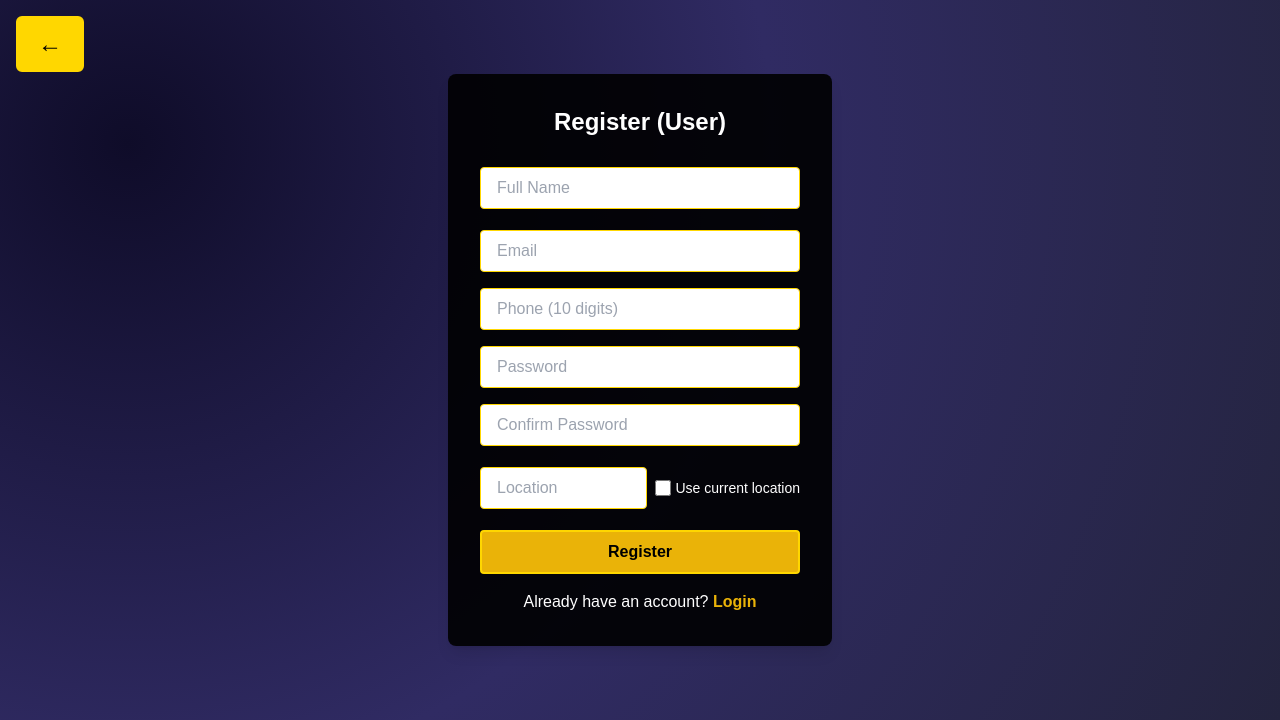
Repository: TenetiSrujana/SPOTnSORT
Page: /register (app in frontend/)
These files come from the project's save history. The page is drawn as it stood at one moment and after the next save; the edit follows.
The browser window is 1280 px wide. The pictures show the whole page.
Some web libraries are served in a nearby version. The project was rebuilt for these pictures with package versions that can differ from the ones it lists, and the page was loaded fresh each time. Also part of the build but not shown: frontend/src/components/PrivateRoute.jsx, frontend/src/pages/Landing.jsx, frontend/src/components/BubbleLayout.jsx, frontend/src/pages/Auth/Login.jsx, frontend/src/pages/User/UserHome.jsx, frontend/src/pages/User/ReportForm.jsx, frontend/src/pages/User/UserMap.jsx, frontend/src/pages/User/UserAnalysis.jsx and 6 more.

Above is the page before, as saved 2025-10-23 18:14:00.

### frontend/public/index.html
<!DOCTYPE html>
<html lang="en">
  <head>
    <meta charset="UTF-8" />
    <meta name="viewport" content="width=device-width, initial-scale=1.0" />
    <title>SpotnSort - Citizen Civic Reporting</title>

    <!-- Favicon (optional) -->
    <link rel="icon" href="%PUBLIC_URL%/favicon.ico" />

    <!-- Tailwind CSS (CDN for development; for production use PostCSS or CLI) -->
    <script src="https://cdn.tailwindcss.com"></script>

    <!-- Google Fonts (optional) -->
    <link
      href="https://fonts.googleapis.com/css2?family=Inter:wght@400;600;700&display=swap"
      rel="stylesheet"
    />

    <style>
      body {
        font-family: "Inter", sans-serif;
        background-color: #f9fafb;
        margin: 0;
        padding: 0;
      }
    </style>
  </head>
  <body>
    <div id="root"></div>

    <!-- Leaflet CSS (fixed, no integrity issue) -->
    <link
      rel="stylesheet"
      href="https://unpkg.com/leaflet@1.7.1/dist/leaflet.css"
      crossorigin=""
    />
  </body>
</html>

### frontend/src/index.js
// src/index.js
import React from "react";
import ReactDOM from "react-dom/client";
import { BrowserRouter } from "react-router-dom";
import App from "./App";
import "./styles/main.css"; // your main CSS

const root = ReactDOM.createRoot(document.getElementById("root"));
root.render(
  <React.StrictMode>
    <BrowserRouter>
      <App />
    </BrowserRouter>
  </React.StrictMode>
);

### frontend/src/App.jsx
// src/App.jsx
import { Routes, Route, Navigate } from "react-router-dom";
import PrivateRoute from "./components/PrivateRoute";
import BubblesBackground from "./components/BubblesBackground";
import { Toaster } from "react-hot-toast";

// Pages
import Landing from "./pages/Landing";
import Login from "./pages/Auth/Login";
import Register from "./pages/Auth/Register";
import UserHome from "./pages/User/UserHome";
import ReportForm from "./pages/User/ReportForm";
import UserMap from "./pages/User/UserMap";
import UserAnalysis from "./pages/User/UserAnalysis";
import Rewards from "./pages/User/Rewards";
import ViewReports from "./pages/User/ViewReports";
import AuthHome from "./pages/Authority/AuthHome";
import ManageReport from "./pages/Authority/ManageReport";
import AuthorityAnalysis from "./pages/Authority/AuthorityAnalysis";
import AuthorityMap from "./pages/Authority/AuthorityMap";

function App() {
  return (
    <>
      <Toaster position="top-center" reverseOrder={false} />
      <BubblesBackground />

      <div className="relative z-10 min-h-screen">
        <Routes>
          {/* Public */}
          <Route path="/" element={<Landing />} />
          <Route path="/login" element={<Login />} />
          <Route path="/register" element={<Register />} />

          {/* User */}
          <Route
            path="/user/home"
            element={
              <PrivateRoute role="user">
                <UserHome />
              </PrivateRoute>
            }
          />
          <Route
            path="/user/report"
            element={
              <PrivateRoute role="user">
                <ReportForm />
              </PrivateRoute>
            }
          />
          <Route
            path="/user/map"
            element={
              <PrivateRoute role="user">
                <UserMap />
              </PrivateRoute>
            }
          />
          <Route
            path="/user/analysis"
            element={
              <PrivateRoute role="user">
                <UserAnalysis />
              </PrivateRoute>
            }
          />
          <Route
            path="/user/rewards"
            element={
              <PrivateRoute role="user">
                <Rewards />
              </PrivateRoute>
            }
          />
          <Route
            path="/user/reports"
            element={
              <PrivateRoute role="user">
                <ViewReports />
              </PrivateRoute>
            }
          />
          <Route path="/user/*" element={<Navigate to="/user/home" replace />} />

          {/* Authority */}
          <Route
            path="/authority/home"
            element={
              <PrivateRoute role="authority">
                <AuthHome />
              </PrivateRoute>
            }
          />
          <Route
            path="/authority/manage"
            element={
              <PrivateRoute role="authority">
                <ManageReport />
              </PrivateRoute>
            }
          />
          <Route
            path="/authority/analysis"
            element={
              <PrivateRoute role="authority">
                <AuthorityAnalysis />
              </PrivateRoute>
            }
          />
          <Route
            path="/authority/map"
            element={
              <PrivateRoute role="authority">
                <AuthorityMap />
              </PrivateRoute>
            }
          />
          <Route
            path="/authority/*"
            element={<Navigate to="/authority/home" replace />}
          />
        </Routes>
      </div>
    </>
  );
}

export default App;

### frontend/src/styles/main.css
/* main.css - Black / White / Yellow theme with bubbles */

/* Global styles */
html {
  scroll-behavior: smooth;
  height: 100%;
}

body, #root {
  margin: 0;
  padding: 0;
  height: 100%;
  font-family: 'Arial', sans-serif;
  background-color: transparent; /* changed from #000 so bubbles show */
  overflow-x: hidden;
  overflow-y: auto;
  color: #fff;
}

/* Bubbles Background */
.bubbles-bg {
  position: fixed;
  width: 100%;
  height: 100%;
  top: 0;
  left: 0;
  overflow: hidden;
  z-index: -1; /* behind everything */
}

.bubble {
  position: absolute;
  bottom: -100px;
  width: 20px;
  height: 20px;
  background: rgba(255, 255, 255, 0.5);
  border-radius: 50%;
  animation: rise 6s linear infinite;
}

/* Different bubble positions & sizes */
.bubble:nth-child(1) { left: 5%; animation-duration: 5s; width: 15px; height: 15px; }
.bubble:nth-child(2) { left: 15%; animation-duration: 6s; width: 20px; height: 20px; }
.bubble:nth-child(3) { left: 25%; animation-duration: 7s; width: 25px; height: 25px; }
.bubble:nth-child(4) { left: 35%; animation-duration: 5.5s; width: 18px; height: 18px; }
.bubble:nth-child(5) { left: 50%; animation-duration: 6.5s; width: 22px; height: 22px; }
.bubble:nth-child(6) { left: 65%; animation-duration: 7s; width: 20px; height: 20px; }
.bubble:nth-child(7) { left: 75%; animation-duration: 5.2s; width: 18px; height: 18px; }
.bubble:nth-child(8) { left: 85%; animation-duration: 6.8s; width: 25px; height: 25px; }

/* Bubble animation */
@keyframes rise {
  0% { transform: translateY(0) scale(1); opacity: 1; }
  100% { transform: translateY(-120vh) scale(0.5); opacity: 0; }
}

/* Page wrapper for content above bubbles */
.page-wrapper {
  position: relative;
  min-height: 100vh;
  display: flex;
  flex-direction: column;
  text-align: center;
  padding: 20px;
  z-index: 1; /* above bubbles */
}

/* Section spacing */
section {
  width: 100%;
  padding: 80px 20px;
  margin-bottom: 40px;
}

/* Headings */
h1, h2, h3, h4, p, label {
  color: #ffffff;
}

/* Buttons */
button {
  cursor: pointer;
  font-weight: bold;
  border: 2px solid #FFD700;
  border-radius: 6px;
  padding: 10px 20px;
  background-color: #FFD700;
  color: #000;
  z-index: 2;
  transition: all 0.2s ease;
}

button:hover {
  background-color: #fff;
  color: #FFD700;
  transform: scale(1.05);
}

/* Input fields */
input, select, textarea {
  padding: 10px;
  border-radius: 6px;
  border: 1px solid #FFD700;
  background-color: #fff;
  color: #000;
  width: 100%;
  margin: 5px 0;
  outline: none;
  z-index: 2;
}

/* Forms */
.form-container {
  background: rgba(0,0,0,0.85); /* semi-transparent black overlay */
  padding: 30px;
  border-radius: 10px;
  width: 90%;
  max-width: 400px;
  box-shadow: 0 0 20px rgba(255, 215, 0, 0.5);
  z-index: 2;
}

/* Cards */
.card {
  background: rgba(0,0,0,0.6);
  padding: 20px;
  border-radius: 15px;
  box-shadow: 0 0 15px rgba(255, 215, 0, 0.4);
  margin: 10px 0;
}

/* Analytics chart container */
.chart-container {
  max-width: 900px;
  width: 100%;
  margin: 0 auto;
  height: 400px;
}

/* Footer */
footer {
  background-color: rgba(0,0,0,0.8);
  padding: 20px;
  text-align: center;
  z-index: 1;
}

### frontend/src/components/BubblesBackground.jsx
// src/components/BubblesBackground.jsx
import React from "react";

const BubblesBackground = () => {
  return (
    <div
      className="fixed inset-0 -z-10"
      style={{
        background: "radial-gradient(circle at 10% 20%, #0f0c29, #302b63, #24243e)",
        backgroundSize: "cover",
        minHeight: "100vh",
        width: "100%",
      }}
    ></div>
  );
};

export default BubblesBackground;

### frontend/src/pages/Auth/Register.jsx
import React, { useState, useEffect, useRef } from "react";
import { useNavigate, useLocation } from "react-router-dom";
import { register } from "../../services/auth"; // your existing register service
import "../../styles/main.css";

const authorityRoles = [
  "Municipality Worker",
  "Sanitation Worker",
  "Traffic Authority",
  "Police",
  "Other",
];

const Register = () => {
  const navigate = useNavigate();
  const location = useLocation();
  const queryParams = new URLSearchParams(location.search);
  const roleFromQuery = queryParams.get("role") || "user";

  const [role, setRole] = useState(roleFromQuery);
  const [fullName, setFullName] = useState("");
  const [email, setEmail] = useState("");
  const [phone, setPhone] = useState("");
  const [password, setPassword] = useState("");
  const [confirmPassword, setConfirmPassword] = useState("");
  const [locationVal, setLocationVal] = useState("");
  const [useCurrentLocation, setUseCurrentLocation] = useState(false);
  const [idNumber, setIdNumber] = useState("");
  const [idFile, setIdFile] = useState(null);
  const [authorityRole, setAuthorityRole] = useState("");
  const [error, setError] = useState("");

  const fileInputRef = useRef();

  useEffect(() => {
    setRole(roleFromQuery);
  }, [roleFromQuery]);

  // Fetch current location if checkbox is checked
  useEffect(() => {
    if (useCurrentLocation && navigator.geolocation) {
      navigator.geolocation.getCurrentPosition(
        (pos) => {
          const { latitude, longitude } = pos.coords;
          setLocationVal(`Lat: ${latitude.toFixed(4)}, Lon: ${longitude.toFixed(4)}`);
        },
        (err) => {
          console.error(err);
          setError("Unable to fetch current location. Please enter manually.");
          setUseCurrentLocation(false);
        }
      );
    }
  }, [useCurrentLocation]);

  const handleFile = (e) => {
    const file = e.target.files[0];
    if (file) setIdFile(file);
  };

  // ✅ Simple email validation
  const isValidEmail = (email) => /^[^\s@]+@[^\s@]+\.[^\s@]+$/.test(email);

  // ✅ Handle submit
  const handleSubmit = async (e) => {
    e.preventDefault();
    setError("");

    if (password !== confirmPassword) {
      setError("Passwords do not match");
      return;
    }

    if (!isValidEmail(email)) {
      setError("Please enter a valid email address.");
      return;
    }

    if (!/^\d{10}$/.test(phone)) {
      setError("Phone number must be exactly 10 digits.");
      return;
    }

    if (role === "authority") {
      if (!idNumber && !idFile) {
        setError("Please provide either ID Number or upload your ID card.");
        return;
      }
      if (!authorityRole) {
        setError("Please select your authority role.");
        return;
      }
    }

    try {
      await register({
        role,
        fullName,
        email,
        phone,
        password,
        location: locationVal,
        idNumber,
        idFile,
        authorityRole,
      });

      if (role === "user") navigate("/user/home");
      else navigate("/authority/home");
    } catch (err) {
      setError(err.message || "Registration failed");
    }
  };

  return (
    <div className="page-wrapper flex flex-col justify-center items-center min-h-screen text-white relative overflow-hidden">
      {/* Back arrow */}
      <button
        className="absolute top-4 left-4 text-black text-2xl z-50"
        onClick={() => navigate("/")}
        title="Back to Landing Page"
      >
        ←
      </button>

      <div className="bg-black bg-opacity-90 p-8 rounded-lg shadow-lg w-96 flex flex-col items-center z-50">
        <h2 className="text-2xl font-bold mb-6">
          Register ({role === "user" ? "User" : "Authority"})
        </h2>

        {error && <p className="text-red-500 mb-4 text-center">{error}</p>}

        <form className="w-full flex flex-col space-y-4" onSubmit={handleSubmit} autoComplete="on">
          <input
            type="text"
            placeholder="Full Name"
            className="px-4 py-2 rounded bg-white text-black focus:outline-yellow-500"
            value={fullName}
            onChange={(e) => setFullName(e.target.value)}
            required
            autoComplete="name"
          />

          <input
            type="email"
            placeholder="Email"
            className="px-4 py-2 rounded bg-white text-black focus:outline-yellow-500"
            value={email}
            onChange={(e) => setEmail(e.target.value)}
            required
            autoComplete="email"
          />

          <input
            type="tel"
            placeholder="Phone (10 digits)"
            className="px-4 py-2 rounded bg-white text-black focus:outline-yellow-500"
            value={phone}
            onChange={(e) => {
              // ✅ restrict to 10 digits
              const onlyNums = e.target.value.replace(/\D/g, "");
              if (onlyNums.length <= 10) setPhone(onlyNums);
            }}
            required
            autoComplete="tel"
          />

          <input
            type="password"
            placeholder="Password"
            className="px-4 py-2 rounded bg-white text-black focus:outline-yellow-500"
            value={password}
            onChange={(e) => setPassword(e.target.value)}
            required
            autoComplete="new-password"
          />

          <input
            type="password"
            placeholder="Confirm Password"
            className="px-4 py-2 rounded bg-white text-black focus:outline-yellow-500"
            value={confirmPassword}
            onChange={(e) => setConfirmPassword(e.target.value)}
            required
            autoComplete="new-password"
          />

          {/* Location */}
          <div className="flex items-center justify-between w-full">
            <input
              type="text"
              placeholder="Location"
              className="flex-1 px-4 py-2 rounded bg-white text-black focus:outline-yellow-500 mr-2"
              value={locationVal}
              onChange={(e) => setLocationVal(e.target.value)}
              required={!useCurrentLocation}
              disabled={useCurrentLocation}
              autoComplete="street-address"
            />
            <label className="flex items-center text-white text-sm cursor-pointer">
              <input
                type="checkbox"
                checked={useCurrentLocation}
                onChange={(e) => setUseCurrentLocation(e.target.checked)}
                className="w-4 h-4"
              />
              <span className="ml-1">Use current location</span>
            </label>
          </div>

          {/* Authority-only fields */}
          {role === "authority" && (
            <>
              <div className="flex flex-col gap-2">
                <input
                  type="text"
                  placeholder="ID Number (Government Issued)"
                  className="px-4 py-2 rounded bg-white text-black focus:outline-yellow-500"
                  value={idNumber}
                  onChange={(e) => setIdNumber(e.target.value)}
                />
                <div className="flex items-center gap-2">
                  <button
                    type="button"
                    className="px-3 py-2 bg-yellow-400 text-black rounded hover:bg-yellow-500 transition"
                    onClick={() => fileInputRef.current.click()}
                  >
                    Upload ID Card
                  </button>
                  {idFile && <span className="text-sm">{idFile.name}</span>}
                  <input
                    type="file"
                    accept="image/*,application/pdf"
                    className="hidden"
                    ref={fileInputRef}
                    onChange={handleFile}
                  />
                </div>
              </div>

              <select
                value={authorityRole}
                onChange={(e) => setAuthorityRole(e.target.value)}
                className="px-4 py-2 rounded bg-white text-black focus:outline-yellow-500"
                required
              >
                <option value="">-- Select Authority Role --</option>
                {authorityRoles.map((r, idx) => (
                  <option key={idx} value={r}>
                    {r}
                  </option>
                ))}
              </select>
            </>
          )}

          <button
            type="submit"
            className="px-6 py-2 bg-yellow-500 text-black font-semibold rounded hover:bg-yellow-600 transition mt-2"
          >
            Register
          </button>
        </form>

        <p className="mt-4 text-white text-center">
          Already have an account?{" "}
          <span
            className="text-yellow-500 cursor-pointer hover:underline font-semibold"
            onClick={() => navigate(`/login?role=${role}`)}
          >
            Login
          </span>
        </p>
      </div>
    </div>
  );
};

export default Register;

### frontend/src/services/auth.js
// src/services/auth.js
const STORAGE_KEY = "spotnsort_users";
const CURRENT_USER = "spotnsort_current_user";

export function setCurrentUser(userData) {
  localStorage.setItem(CURRENT_USER, JSON.stringify(userData));
}

export function getCurrentUser() {
  const data = localStorage.getItem(CURRENT_USER);
  return data ? JSON.parse(data) : null;
}

export function logout() {
  localStorage.removeItem(CURRENT_USER);
}

export async function register(userInfo) {
  return new Promise((resolve, reject) => {
    setTimeout(() => {
      const users = JSON.parse(localStorage.getItem(STORAGE_KEY)) || [];
      const exists = users.find(u => u.email.toLowerCase() === userInfo.email.toLowerCase() && u.role === userInfo.role);
      if (exists) return reject({ message: "User already exists" });
      users.push(userInfo);
      localStorage.setItem(STORAGE_KEY, JSON.stringify(users));
      setCurrentUser(userInfo);
      resolve({ user: userInfo });
    }, 700);
  });
}

export async function login(credentials) {
  return new Promise((resolve, reject) => {
    setTimeout(() => {
      const users = JSON.parse(localStorage.getItem(STORAGE_KEY)) || [];
      const user = users.find(u => u.email.toLowerCase() === credentials.email.toLowerCase() && u.password === credentials.password && u.role === credentials.role);
      if (!user) return reject({ message: "Invalid email, password, or role" });
      setCurrentUser(user);
      resolve({ user });
    }, 700);
  });
}

After the next save:
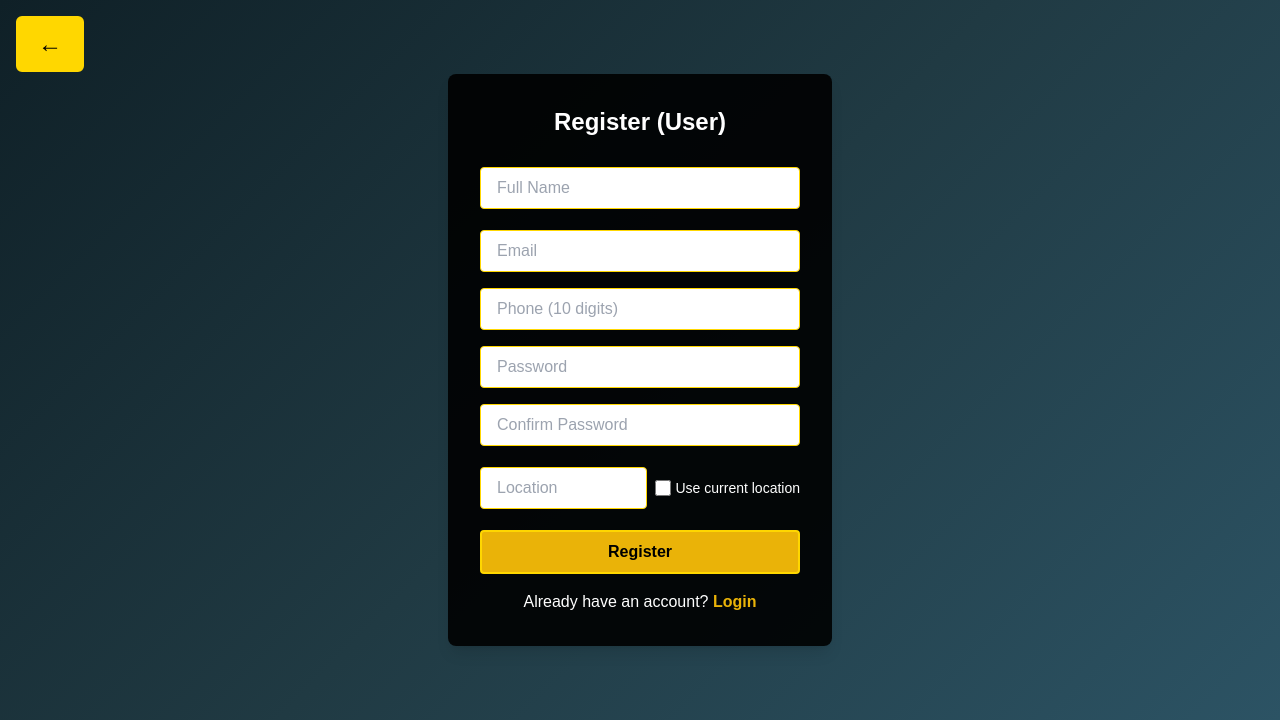
Saved 37 s later.
--- a/frontend/src/components/BubblesBackground.jsx
+++ b/frontend/src/components/BubblesBackground.jsx
@@ -6,7 +6,7 @@ const BubblesBackground = () => {
     <div
       className="fixed inset-0 -z-10"
       style={{
-        background: "radial-gradient(circle at 10% 20%, #0f0c29, #302b63, #24243e)",
+        background: "linear-gradient(135deg, #0f2027, #203a43, #2c5364)",
         backgroundSize: "cover",
         minHeight: "100vh",
         width: "100%",
